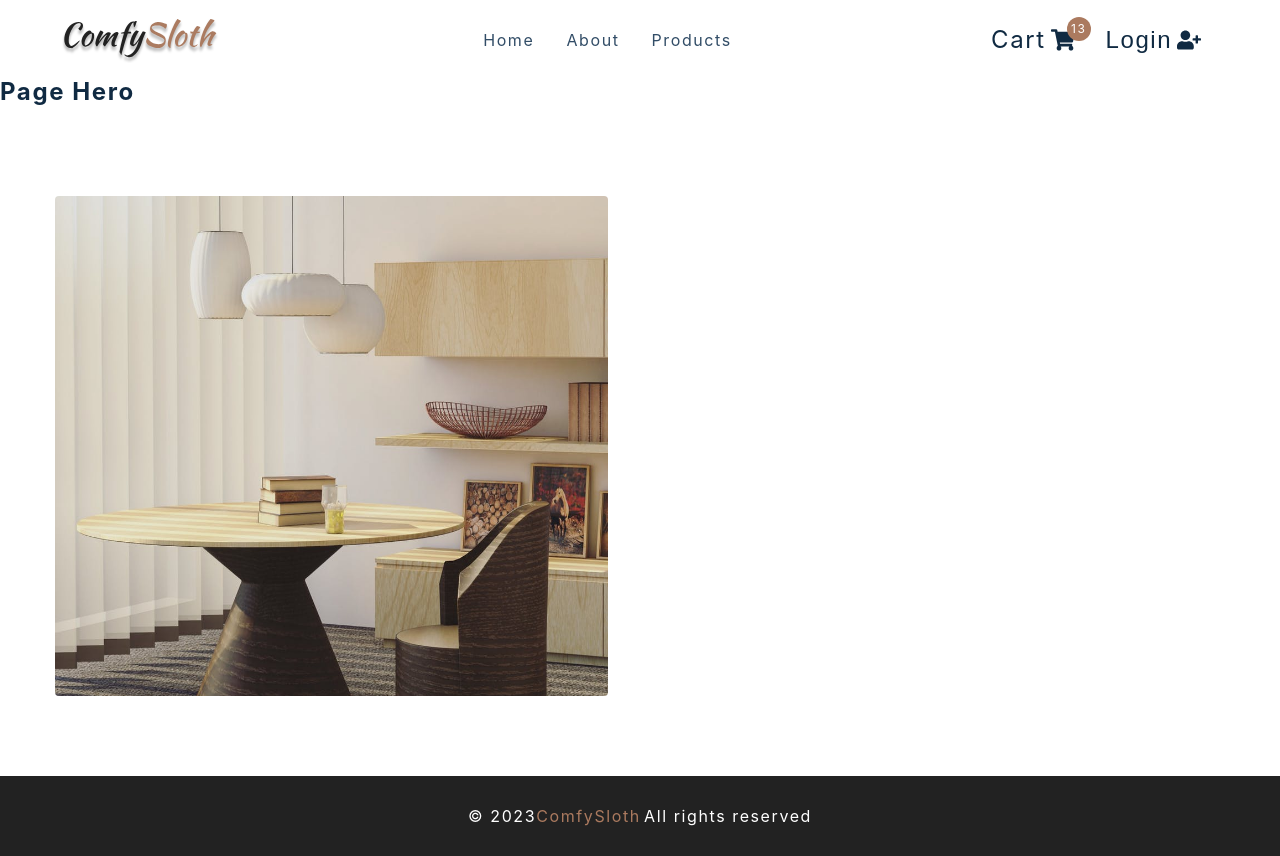
Repository: Maryie-B/React-Practice-Projects
Page: /about (app in Comfy Sloth - Furniture Website/)
An editor plug-in stored every save of this project. The page is shown before and after the next save, followed by the edit.
The browser window is 1280 px wide. The pictures show the whole page.
The project was rebuilt for these pictures with package versions that can differ from the ones it lists, and the page was loaded fresh each time. Also part of the build but not shown: Comfy Sloth - Furniture Website/src/utils/constants.js, Comfy Sloth - Furniture Website/src/components/Error.js, Comfy Sloth - Furniture Website/src/components/Loading.js, Comfy Sloth - Furniture Website/src/components/FeaturedProducts.js, Comfy Sloth - Furniture Website/src/reducers/cart_reducer.js, Comfy Sloth - Furniture Website/src/context/cart_context.js, Comfy Sloth - Furniture Website/src/context/user_context.js, Comfy Sloth - Furniture Website/src/components/Hero.js and 25 more. Imported but missing from the stored project, and not drawn on this page: Comfy Sloth - Furniture Website/src/components/GridView, Comfy Sloth - Furniture Website/src/components/Product.

Above is the page before, as saved 2023-06-19 16:33:24.

After the next save:
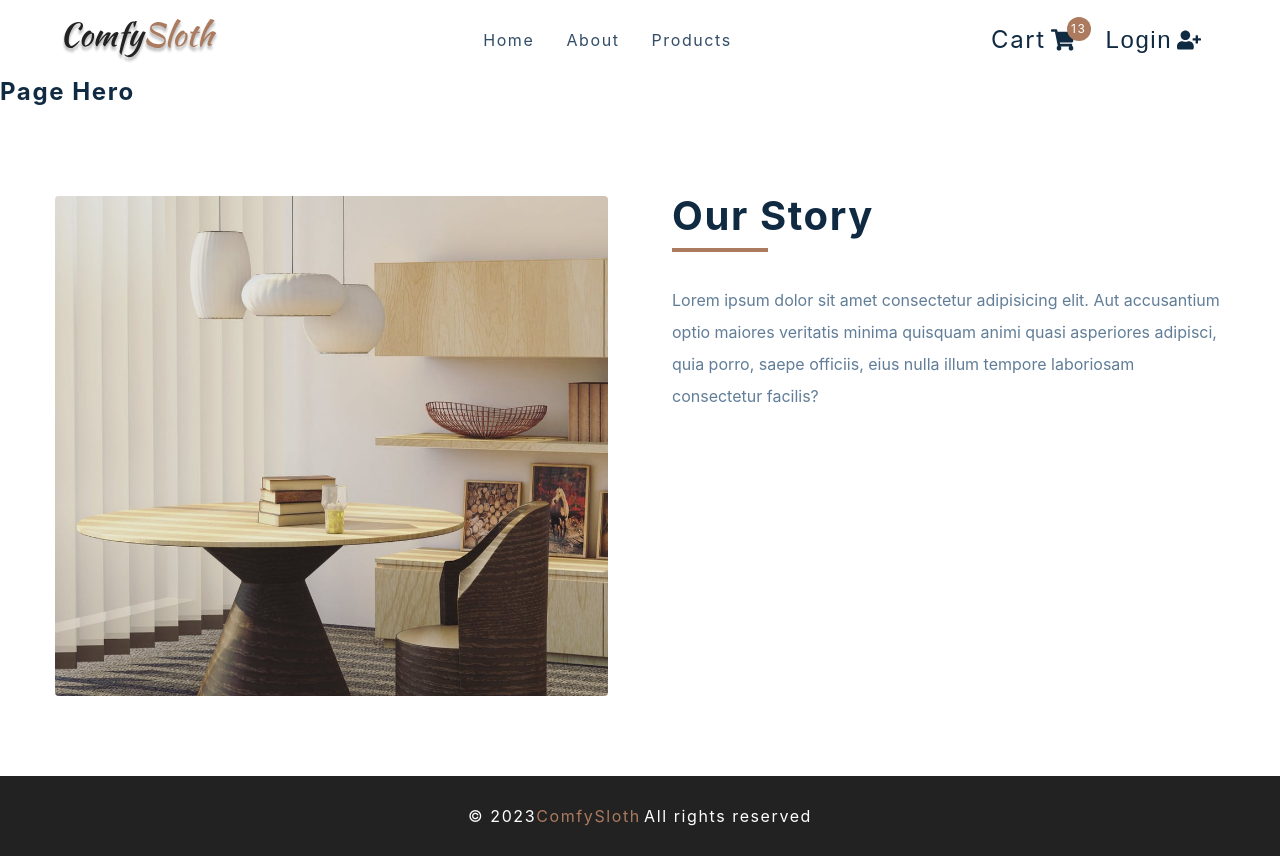
Saved 71 s later.
--- a/Comfy Sloth - Furniture Website/src/pages/AboutPage.js
+++ b/Comfy Sloth - Furniture Website/src/pages/AboutPage.js
@@ -8,6 +8,13 @@ const AboutPage = () => {
     <PageHero />
     <Wrapper className='page section section-center'>
       <img src={aboutImg} alt="nice desk" />
+      <article>
+        <div className="title">
+          <h2>our story</h2>
+          <div className="underline"></div>
+        </div>
+        <p>Lorem ipsum dolor sit amet consectetur adipisicing elit. Aut accusantium optio maiores veritatis minima quisquam animi quasi asperiores adipisci, quia porro, saepe officiis, eius nulla illum tempore laboriosam consectetur facilis?</p>
+      </article>
     </Wrapper>
   </main>
 }
